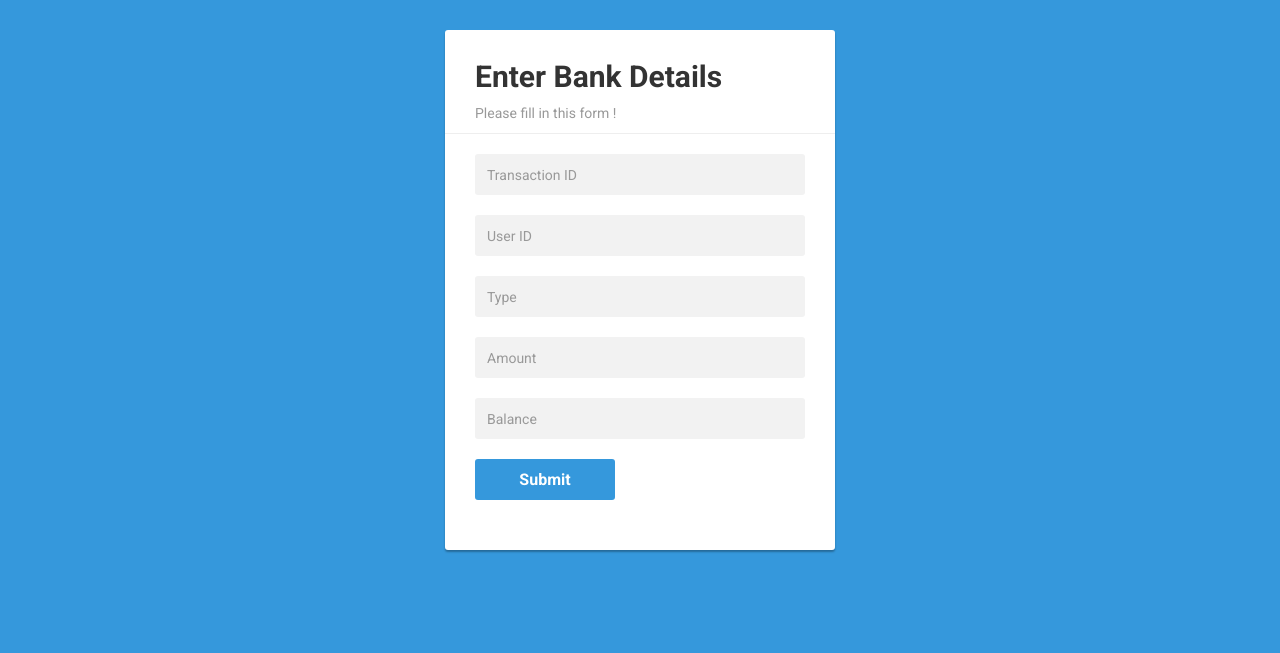
Repository: Rajat-Jain29/Java-Spring-Boot
Page: Registration/Bank Account/WebContent/bank.html
These files come from the project's save history. The page is drawn as it stood at one moment and after the next save; the edit follows.
The browser window is 1280 px wide. The pictures show the whole page.

Above is the page before, as saved 2021-03-21 14:11:40.

### Registration/Bank Account/WebContent/bank.html
<!DOCTYPE html>
<html>
<head>
<meta charset="ISO-8859-1">
<meta http-equiv="X-UA-Compatible" content="IE=edge">
<meta name="viewport" content="width=device-width, initial-scale=1">
<link href="https://fonts.googleapis.com/css?family=Roboto:400,700" rel="stylesheet">
<title>Bank Details</title>
<link rel="stylesheet" href="https://maxcdn.bootstrapcdn.com/bootstrap/3.3.7/css/bootstrap.min.css">
<script src="https://ajax.googleapis.com/ajax/libs/jquery/1.12.4/jquery.min.js"></script>
<script src="https://maxcdn.bootstrapcdn.com/bootstrap/3.3.7/js/bootstrap.min.js"></script>
<style>
	body {
		color: #fff;
		background: #3598dc;
		font-family: 'Roboto', sans-serif;
	}
    .form-control{
		height: 41px;
		background: #f2f2f2;
		box-shadow: none !important;
		border: none;
	}
	.form-control:focus{
		background: #e2e2e2;
	}
    .form-control, .btn{
        border-radius: 3px;
    }
	.signup-form{
		width: 390px;
		margin: 30px auto;
	}
	.signup-form form{
		color: #999;
		border-radius: 3px;
    	margin-bottom: 15px;
        background: #fff;
        box-shadow: 0px 2px 2px rgba(0, 0, 0, 0.3);
        padding: 30px;
    }
	.signup-form h2 {
		color: #333;
		font-weight: bold;
        margin-top: 0;
    }
    .signup-form hr {
        margin: 0 -30px 20px;
    }
	.signup-form .form-group{
		margin-bottom: 20px;
	}
	.signup-form input[type="checkbox"]{
		margin-top: 3px;
	}
	.signup-form .row div:first-child{
		padding-right: 10px;
	}
	.signup-form .row div:last-child{
		padding-left: 10px;
	}
    .signup-form .btn{
        font-size: 16px;
        font-weight: bold;
		background: #3598dc;
		border: none;
		min-width: 140px;
    }
	.signup-form .btn:hover, .signup-form .btn:focus{
		background: #2389cd !important;
        outline: none;
	}
    .signup-form a{
		color: #fff;
		text-decoration: underline;
	}
	.signup-form a:hover{
		text-decoration: none;
	}
	.signup-form form a{
		color: #3598dc;
		text-decoration: none;
	}
	.signup-form form a:hover{
		text-decoration: underline;
	}
    .signup-form .hint-text {
		padding-bottom: 15px;
		text-align: center;
    }
</style>
</head>
<body>
<div class="signup-form">
    <form action="Bank" method ="post">
		<h2>Enter Bank Details</h2>
		<p>Please fill in this form !</p>

		<hr>
        <div class="form-group">

				<input type="text" class="form-control" name="tname" placeholder="Transaction ID" required="required">


        </div>
          <div class="form-group">

				<input type="text" class="form-control" name="userid" placeholder="User ID" required="required">


        </div>






		  <div class="form-group">

				<input type="text" class="form-control" name="desc" placeholder="Type" required="required">


        </div>

          <div class="form-group">

				<input type="text" class="form-control" name="amt" placeholder="Amount" required="required">


        </div>

          <div class="form-group">

				<input type="text" class="form-control" name="balance" placeholder="Balance" required="required">


        </div>

		<div class="form-group">
            <button type="submit" class="btn btn-primary btn-lg">Submit</button>
        </div>
    </form>

</div>
</body>
</html>

After the next save:
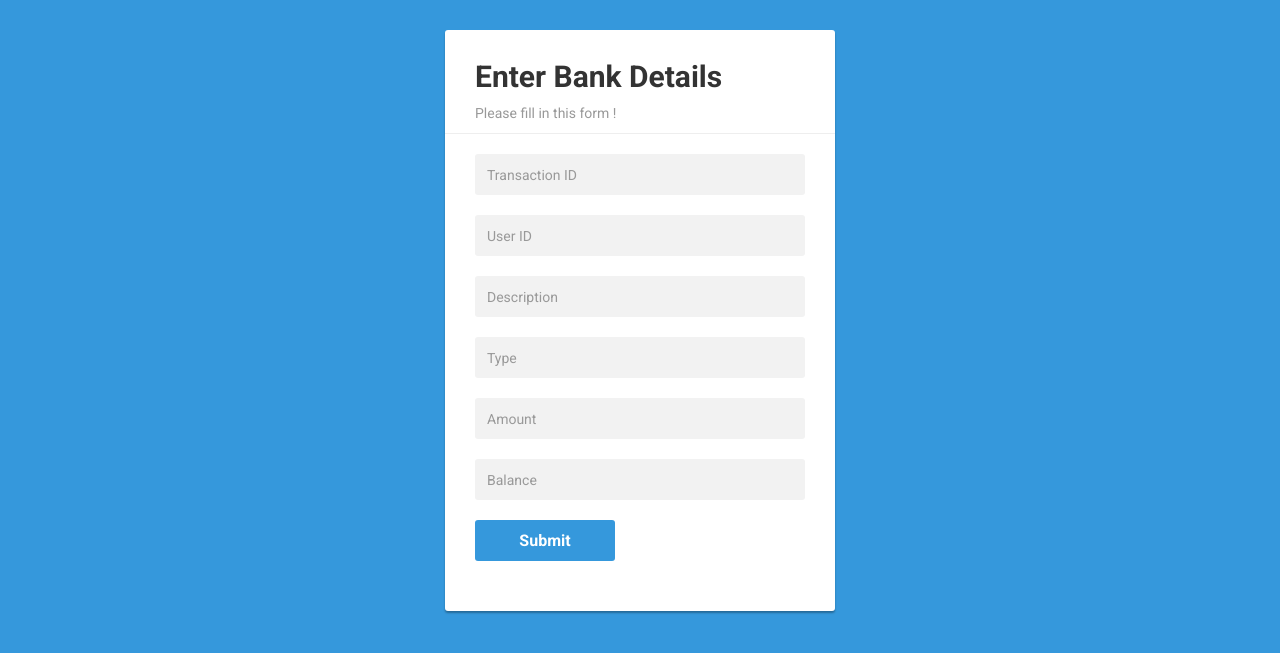
Saved 2 min 39 s later.
--- a/Registration/Bank Account/WebContent/bank.html
+++ b/Registration/Bank Account/WebContent/bank.html
@@ -110,7 +110,12 @@
 
         </div>
 
+       <div class="form-group">
 
+				<input type="text" class="form-control" name="desc" placeholder="Description" required="required">
+
+
+        </div>
 
 
 
